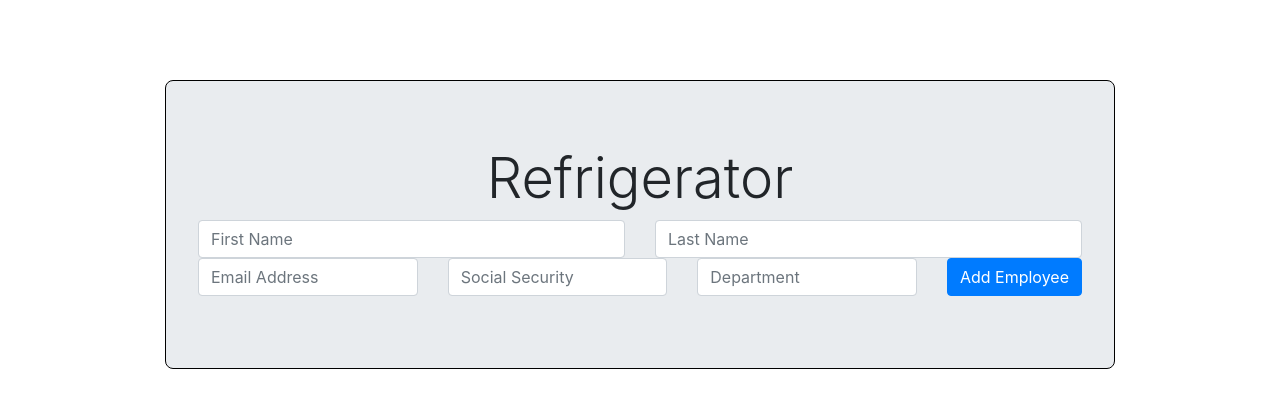
Repository: julianvanost/Week-06
Page: Day_03/FirstServer/public/index.html
An editor plug-in stored every save of this project. The page is shown before and after a run of saves, followed by the edit.
The browser window is 1280 px wide. The pictures show the whole page.
The page's requests for data from a server got no answer.

Above is the page before, as saved 2020-02-20 10:54:59.

After the next 2 saves:
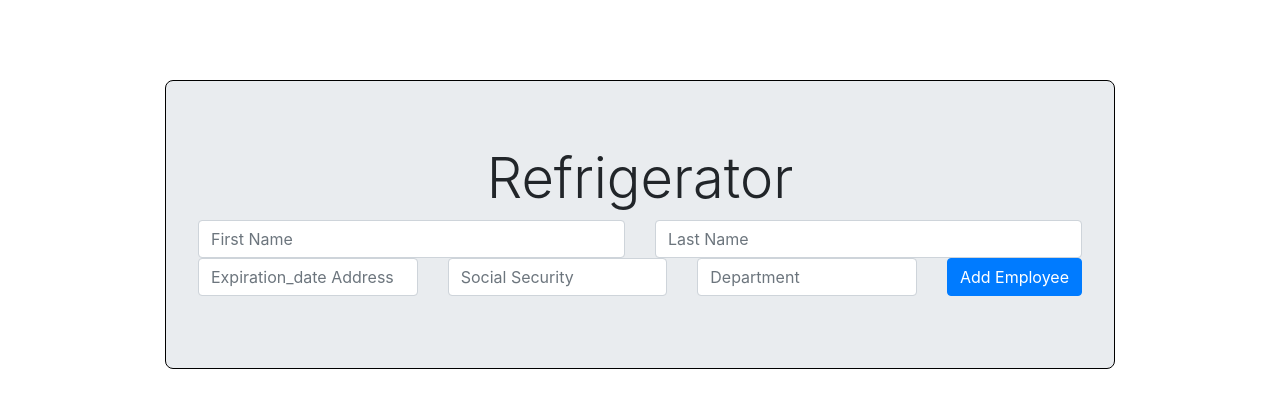
The 2 saves are shown as one change because they came seconds apart.
The last was saved 14 s later.
--- a/Day_03/FirstServer/public/index.html
+++ b/Day_03/FirstServer/public/index.html
@@ -33,7 +33,7 @@
         </div>
         <div class="row">
           <div class="col">
-            <input type="text" class="form-control" id="email" placeholder="Email Address">
+            <input type="text" class="form-control" id="Expiration_date" placeholder="Expiration_date Address">
           </div>
           <div class="col">
             <input type="text" class="form-control" id="ssn" placeholder="Social Security">
@@ -69,7 +69,7 @@
       axios.post('/employees', {
           food_name: document.getElementById('food_name').value,
           food_type: document.getElementById('food_type').value,
-          email: document.getElementById('email').value,
+          Expiration_date: document.getElementById('Expiration_date').value,
           ssn: document.getElementById('ssn').value,
           department: document.getElementById('department').value
         })
